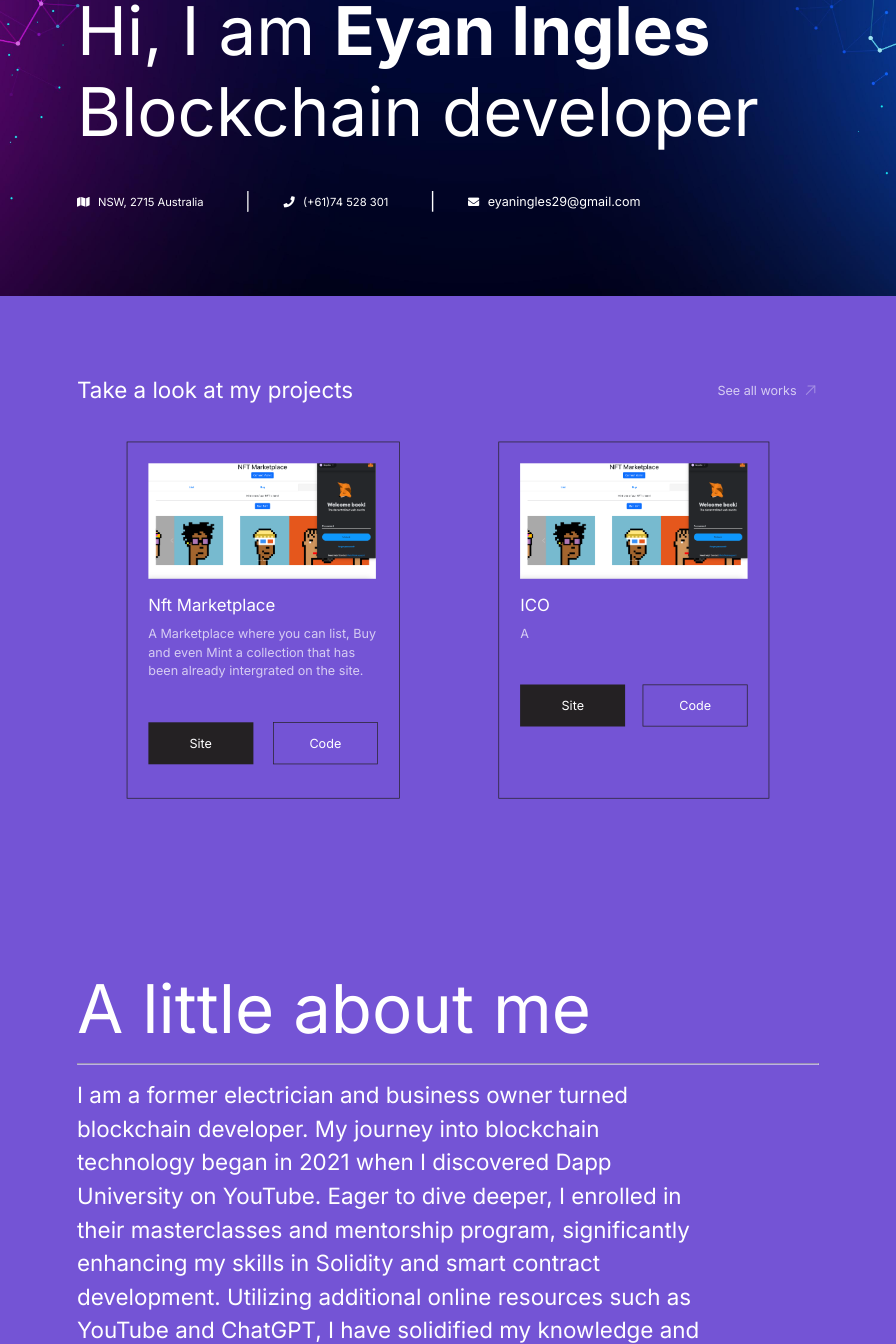
Repository: EyanIngles/Resume
Page: index.html
An editor plug-in stored every save of this project. The page is shown before and after the next save, followed by the edit.
The browser window is 1280 px wide. The pictures show the part of the page from y = 427 to 2347 px (the page is 4848 px tall), at 70% of full size.

Above is the page before, as saved 2024-06-02 09:05:48.

### index.html
<!DOCTYPE html>
<html lang="en">

<head>
    <meta charset="UTF-8">
    <meta http-equiv="X-UA-Compatible" content="IE=edge">
    <meta name="viewport" content="width=device-width, initial-scale=1.0">
    <meta name="description" content="Blockchain Developer">
    <meta name="author" content="Eyan Ingles">

    <title>Eyan Ingles || Blockchain Developer</title>

    <!-- Google Fonts -->
    <link rel="preconnect" href="https://fonts.googleapis.com">
    <link rel="preconnect" href="https://fonts.gstatic.com" crossorigin>
    <link href="https://fonts.googleapis.com/css2?family=Inter:wght@100;200;300;400;500;600;700;800;900&display=swap"
        rel="stylesheet">

    <!-- Font Awesome -->
    <link href="vendor/fontawesome-free-5.15.4-web/css/all.min.css" rel="stylesheet">

    <!-- Custom styles for this template -->
    <link href="css/resume.css" rel="stylesheet">
</head>

<body>
    <header class="header">
        <div class="header-links flex-start">
            <div class="profile-container">
                <img class="profile" src="./img/profile.jpeg" alt="Profile Picture">
                <img class="ring" src="./img/Ring.svg" alt="Ring Border">
            </div>

            <ul class="flex-list list-items-circle">
                <li>
                    <a href="https://www.linkedin.com/in/eyan-ingles-026738272/">
                        <i class="fab fa-linkedin"></i>
                    </a>
                </li>
                <li>
                    <a href="https://github.com/EyanIngles">
                        <i class="fab fa-github"></i>
                    </a>
                </li>
            </ul>
        </div>

        <h1>
            Hi, I am <strong>Eyan Ingles</strong><br />
            Blockchain developer
        </h1>

        <ul class="contact-details flex-list">
            <i class="fa fa-map"></i><li>NSW, 2715 Australia</li>
            <hr />
            <i class="fa fa-phone"></i><li>(+61)74 528 301</li>
            <hr />
            <i class="fa fa-envelope"></i><li><a href="mailto: EyanIngles@gmail.com" style="border: none;">eyaningles29@gmail.com</a></li>
        </ul>
    </header>
    <main>

        <!-- PROJECTS -->

        <section class="section projects">
            <div class="flex-between">
                <h2>Take a look at my projects</h2>

                <a href="https://www.github.com/" class="projects-link flex-between">
                    See all works <img src="./img/ArrowUpRight.svg" alt="Arrow" style="margin-left: 8px; opacity: 0.7;">
                </a>
            </div>

            <div class="cards flex-center">

                <div class="card">
                    <img src="./img/projects/project1.png" alt="Nft Marketplace">
                    <h3 class="card-title">Nft Marketplace</h3>
                    <p class="card-description">A Marketplace where you can list, Buy and even Mint a collection that has been already intergrated on the site.</p>

                    <div class="card-buttons">
                        <a href="https://marketplacedraft.eth.limo" class="card-button--site">Site</a>
                        <a href="https://github.com/EyanIngles/marketplace-app" class="card-button--code">Code</a>
                    </div>
                </div>

                <div class="card">
                    <img src="./img/projects/project1.png" alt="Nft Marketplace">
                    <h3 class="card-title">ICO</h3>
                    <p class="card-description">A </p>
                    <div class="card-buttons">
                        <a href="" class="card-button--site">Site</a>
                        <a href="https://github.com/EyanIngles/ICO" class="card-button--code">Code</a>
                    </div>
                </div>

            </div>
        </section>

        <!-- EXPIERENCE -->

        <section class="section experience">
            <h1>A little about me </h1><br/><hr/><br/>
            <p class="experience-description">
                I am a former electrician and business owner turned blockchain developer. My journey into blockchain
                technology began in 2021 when I discovered Dapp University on YouTube. Eager to dive deeper, I enrolled
                in their masterclasses and mentorship program, significantly enhancing my skills in Solidity and smart contract
                development. Utilizing additional online resources such as YouTube and ChatGPT, I have solidified my knowledge and
                stayed current with industry advancements. I am excited to bring my forward-thinking approach and dedication to quality
                to the blockchain industry.
            </p>

            <h2>Experience</h2>

            <div class="experience-cards flex-center">
                <div class="experience-card">
                    <h3 class="card-title">
                        Online Learning - <span class="highlight">Dabbling with Blockchain Concepts</span>
                    </h3>
                    <p class="card-years">2021-2024</p>

                    <ul class="card-list">
                        <li class="card-list-item">Leveraged online resources such as YouTube and ChatGPT to enhance and solidify my knowledge.</li>
                    </ul>
                </div>
                <div class="experience-card">
                    <h3 class="card-title">
                        Dapp University - <span class="highlight">Masterclasses and Mentorship Entry</span>
                    </h3>
                    <p class="card-years">2023-2024</p>

                    <ul class="card-list">
                        <li class="card-list-item">Currently, I am studying with Dapp University, participating in masterclasses and a mentorship program that have significantly enhanced my skills in blockchain development.</li>
                    </ul>
                </div>
            </div>
        </section>

        <!-- SKILLS -->

        <section class="section skills">
            <h2>Skills that I have</h2>

            <div class="skill-cards flex-center">
                <div class="skill-card flex-center">
                    <i class="fab fa-html5"></i>
                </div>
                <div class="skill-card flex-center">
                    <i class="fab fa-css3-alt"></i>
                </div>
                <div class="skill-card flex-center">
                    <i class="fab fa-js-square"></i>
                </div>
                <div class="skill-card flex-center">
                    <i class="fab fa-react"></i>
                </div>
                <div class="skill-card flex-center">
                    <i class="fab fa-node-js"></i>
                </div>
                <div class="skill-card flex-center">
                    <i class="fab fa-npm"></i>
                </div>
            </div>

            <ul class="skill-list flex-between">
                <li><img src="./img/Check.svg" alt="Checkmark"></li>
            </ul>
        </section>

        <!-- CONTACT -->

        <section class="section contact">
            <div class="contact-links flex-start">
                <div class="profile-container">
                    <img class="profile" src="./img/profile.jpeg" alt="Joe Blow">
                </div>

                <ul class="flex-list list-items-circle">
                    <li>
                        <a href="https://www.linkedin.com/in/eyan-ingles-026738272/">
                            <i class="fab fa-linkedin"></i>
                        </a>
                    </li>
                    <li>
                        <a href="https://github.com/EyanIngles">
                            <i class="fab fa-github"></i>
                        </a>
                    </li>
                </ul>

            </div>

            <h1>
                Get in touch
            </h1>

            <p>I am a former electrician and business owner turned blockchain developer. My interest
                in blockchain technology began in 2021 when I discovered Dapp University on YouTube.
                Since then, I have joined a mentorship program with Dapp University, and I am excited to
                see where my journey in this industry will take me!
            </p>

            <ul class="contact-details flex-list">
                <li>NSW, 2715 Australia</li>
                <hr />
                <li>(+61)74 528 301</li>
                <hr />
                <li><a href="mailto: name@email.com">eyaningles29@email.com</a></li>
            </ul>
        </section>
    </main>
    <footer class="footer flex-center">
        <p><small>© Eyan Ingles 2024. All rights reserved.</small></p>
    </footer>

    <!-- Plugin JavaScript -->
    <script src="vendor/jquery/jquery.min.js"></script>
    <script src="vendor/jquery-easing/jquery.easing.min.js"></script>

    <!-- Custom scripts for this template -->
    <script src="js/resume.js"></script>
</body>

</html>

### css/resume.css
* {
    margin: 0;
    padding: 0;
    box-sizing: border-box;
}

:root {
    --black: #060003;
    --gray: #242123;
    --white: #FFFFFF;
    --blue: #7454d5;
    --border-gradient: linear-gradient(227.58deg, #F4492F -44.04%, #F367A5 42.36%, #553DEB 113.95%);

    --font-96: clamp(56px, 8vw, 96px);
    --font-40: clamp(24px, 6vw, 40px);
    --font-32: clamp(24px, 4vw, 32px);
}

html {
    font-family: "Inter";
    color: var(--white);

    overflow-x: hidden;
}

body {
    background-color: var(--blue);
}

/* TYPOGRAPHY */
h1 {
    font-style: normal;
    font-weight: 400;
    font-size: var(--font-96);
    line-height: 116px;
}

h2 {
    font-weight: 400;
    font-size: var(--font-32);
    line-height: 150%;
    margin-bottom: 30px;
}

p,
a {
    font-weight: 400;
    font-size: 18px;
    line-height: 150%;
    text-decoration: none;
}

p {
    opacity: 0.7;
}

/* LAYOUTS */

.flex-center {
    display: flex;
    justify-content: center;
    align-items: center;
}

.flex-start {
    display: flex;
    justify-content: flex-start;
    align-items: center;
}

.flex-between {
    display: flex;
    justify-content: space-between;
    align-items: center;
    flex-wrap: wrap;
}

/* === UNIVERSAL STYLES === */

/* List */

.flex-list {
    display: flex;
    justify-content: center;
    align-items: center;
    flex-wrap: wrap;
    list-style: none;
}

.flex-list li {
    margin: 12px;
    transition: 250ms ease all;
}

.flex-list li a {
    color: var(--white);
    text-decoration: none;
    opacity: 1;

    display: block;
    transition: 250ms ease all;
}

.list-items-circle li a {
    border: 2px solid var(--white);
    border-radius: 50%;
}

.list-items-circle li a:hover {
    background-color: var(--white);
    border: 2px solid var(--white);
}

.list-items-circle li a .fab {
    width: 80px;
    height: 80px;
    font-size: 30px;

    display: flex;
    justify-content: center;
    align-items: center;
    border-radius: 50%;

    transition: 250ms ease all;
}

.list-items-circle li a:hover .fab {
    color: var(--black);
}

.contact .list-items-circle li a {
    border: 2px solid var(--white);
}

.contact .list-items-circle li a:hover {
    background-color: var(--white);
    border: 2px solid var(--white);
}

.flex-list hr {
    height: 30px;
    margin: 0 50px;
}

/* Profile Image */

.profile-container {
    min-width: 88px;
    width: 88px;
    height: 88px;
    margin: 12px;
    position: relative;
}

.profile-container .profile {
    position: absolute;
    top: 50%;
    left: 50%;
    transform: translate(-50%, -50%);

    width: 80px;
    height: 80px;
    border-radius: 50%;
}

.profile-container .ring {
    position: absolute;
    top: 50%;
    left: 50%;
    transform: translate(-50%, -50%);
}

.header,
.section {
    min-height: 850px;
    padding: 110px;
}

/* HEADER */

.header {
    background-image: url('../img/Background.jpg');
    background-repeat: no-repeat;
    background-size: cover;

    display: flex;
    flex-direction: column;
    justify-content: flex-end;
    align-items: flex-start;
}

.header .header-links,
.contact .contact-links,
.header h1 {
    color: var(--white);
    margin-bottom: 45px;
}

.header .flex-list {
    color: var(--white);
}

.header .flex-list li a {
    color: var(--white);
}

.header .flex-list li:hover,
.header .flex-list li a:hover {
    color: var(--blue);
}

.header .flex-list hr {
    border: 1px solid var(--white);
}

/* === ABOUT === */

.about {
    background-image: url('../img/Vector.png');
    background-repeat: no-repeat;
    background-size: cover;
    background-position: center;
}

.about h2 {
    max-width: 900px;
    font-weight: 400;
    font-size: var(--font-40);
    line-height: 150%;

    margin-bottom: 180px;
}

.about .achievements {
    list-style: none;

}

.about .achievements li {
    margin: 15px 0;
}

/* === PROJECTS === */

.projects .projects-link {
    color: var(--white);
    margin-bottom: 30px;

    opacity: 0.7;
    transition: 250ms ease all;
}

.projects .projects-link:hover {
    opacity: 1;
}

.projects .cards {
    justify-content: space-evenly;
    flex-wrap: wrap;
}

.projects .card {
    border: 1px solid var(--gray);

    height: 510px;
    max-width: 390px;
    padding: 30px;
    margin: 20px auto;
}

.projects .card img {
    width: 100%;
    max-width: 325px;
    height: auto;
    margin: 0 auto 16px;
}

.projects .card .card-title {
    font-weight: 400;
    font-size: 24px;
    line-height: 150%;
    margin-bottom: 8px;
}

.projects .card .card-description {
    margin-bottom: 60px;
}

.projects .card .card-buttons {
    display: flex;
    justify-content: space-between;
}

.projects .card .card-buttons .card-button--site,
.projects .card .card-buttons .card-button--code {
    width: 150px;
    height: 60px;

    display: flex;
    justify-content: center;
    align-items: center;

    opacity: 1;
    color: var(--white);

    transition: 250ms ease all;
}

.projects .card .card-buttons .card-button--site {
    background-color: var(--gray);
}

.projects .card .card-buttons .card-button--code {
    border: 1px solid var(--gray);
}

.projects .card .card-buttons .card-button--site:hover,
.projects .card .card-buttons .card-button--code:hover {
    background-color: var(--white);
    color: var(--black);
}

/* === EXPERIENCE === */

.experience-description {
    max-width: 900px;
    margin-bottom: 125px;

    font-weight: 400;
    font-size: var(--font-32);
    line-height: 150%;

    opacity: 1;
    position: relative;
}

.experience-description img {
    position: absolute;
    top: 50%;
    right: -200px;
    transform: translate(-50%, -50%);

    pointer-events: none;
}

.experience h2 {
    border-left: 2px solid var(--white);
    padding-left: 24px;
}

.experience .experience-cards {
    justify-content: flex-start;
    align-items: flex-start;
    flex-wrap: wrap;
}

.experience .experience-card {
    width: 370px;
    padding: 0 30px 30px 0;
}

.experience .experience-card .card-title {
    font-size: 18px;
    line-height: 150%;
}

.experience .experience-card .card-title .highlight {
    opacity: 0.7;
    font-weight: 400;
}

.experience .experience-card .card-years {
    color: var(--blue);
    font-weight: 500;
    font-size: 18px;
    line-height: 150%;
    margin-bottom: 24px;
    opacity: 1;
}

.experience .experience-card .card-list .card-list-item {
    margin: 0 0 16px 16px;
    opacity: 0.7;
}

/* === SKILLS === */

.skills {
    background-image: url('../img/Vector.png');
    background-repeat: no-repeat;
    background-size: cover;
}

.skills .skill-cards {
    flex-wrap: wrap;
}

.skills .skill-card {
    background-image: url('../img/background2.jpg');
    background-repeat: no-repeat;
    background-size: cover;
    background-color: #060003;
    background-blend-mode: darken;
    width: 170px;
    height: 170px;
    margin: 0 30px 30px 0;
    border: 1px solid var(--gray);

    cursor: pointer;

    transition: 500ms ease all;
}

.skills .skill-card .fab {
    font-size: 80px;
    opacity: 0.7;
    transition: 500ms ease all;
}

.skills .skill-card:hover {
    background-blend-mode: normal;
}

.skills .skill-card:hover .fab {
    opacity: 1;
}

.skills .skill-list {
    list-style: none;
    flex-wrap: wrap;
}

.skills .skill-list li {
    display: flex;
    justify-content: center;
    align-items: center;
}

.skills .skill-list li img {
    margin: 10px;
}

/* === CONTACT === */

.contact {
    display: flex;
    flex-direction: column;
    justify-content: center;
    align-items: flex-start;
}

.contact h1,
.contact p {
    max-width: 750px;
    margin-bottom: 45px;
}

.contact .flex-list li:hover,
.contact .flex-list li a:hover {
    color: var(--blue);
}

/* === FOOTER === */

.footer {
    min-height: 88px;
    background-color: var(--gray);
}

/* === MEDIA STYLES === */

@media all and (max-width: 1200px) {
    .contact-details {
        align-items: flex-start;
        flex-direction: column;
    }

    .contact-details li {
        margin: 10px;
    }

    .contact-details li a {
        margin: 0;
    }

    .contact-details hr {
        display: none;
    }
}

@media all and (max-width: 992px) {
    .skills .skill-card {
        width: 125px;
        height: 125px;
    }
}

@media all and (max-width: 767px) {

    .header,
    .section {
        padding: 40px;
    }
}

### js/resume.js
// Include JavaScript Functionality Here...

Loaded but not shown: vendor/fontawesome-free-5.15.4-web/css/all.min.css (library); vendor/jquery/jquery.min.js (library); vendor/jquery-easing/jquery.easing.min.js (common file)

After the next save:
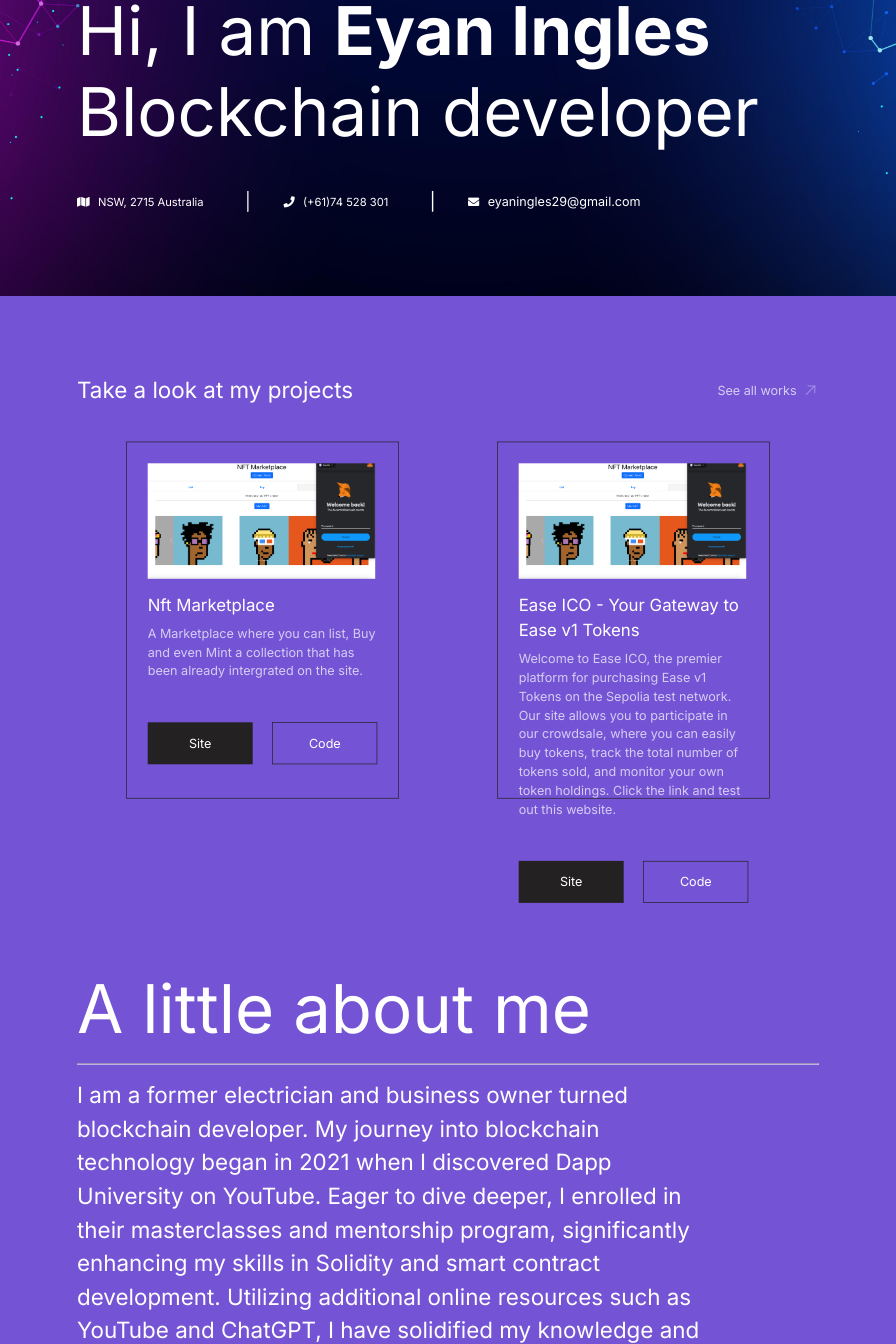
Saved 19 min 37 s later.
--- a/index.html
+++ b/index.html
@@ -86,8 +86,8 @@
 
                 <div class="card">
                     <img src="./img/projects/project1.png" alt="Nft Marketplace">
-                    <h3 class="card-title">ICO</h3>
-                    <p class="card-description">A </p>
+                    <h3 class="card-title">Ease ICO - Your Gateway to Ease v1 Tokens</h3>
+                    <p class="card-description">Welcome to Ease ICO, the premier platform for purchasing Ease v1 Tokens on the Sepolia test network. Our site allows you to participate in our crowdsale, where you can easily buy tokens, track the total number of tokens sold, and monitor your own token holdings. Click the link and test out this website. </p>
                     <div class="card-buttons">
                         <a href="" class="card-button--site">Site</a>
                         <a href="https://github.com/EyanIngles/ICO" class="card-button--code">Code</a>
